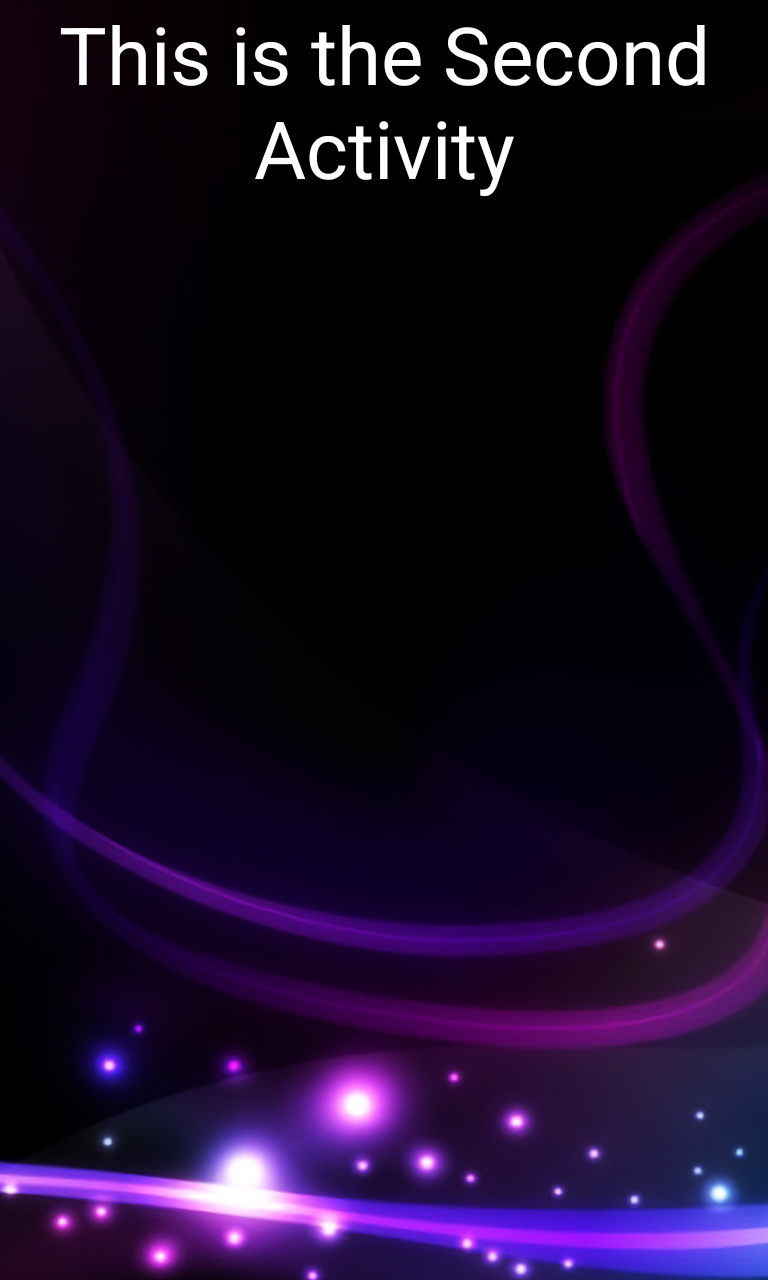
Repository: fsoDannis/workspace
Layout: findIt_3/res/layout/second.xml
The author's editor kept a copy of each file at every save. The layout is drawn from the files as they stood at one save, then again after the next save.
It is drawn on a 768 x 1280 px phone screen (xhdpi) without system bars, with theme AppTheme; the app's code is not run.

Above is the layout before, as saved 2013-02-01 03:23:42.

After the next save:
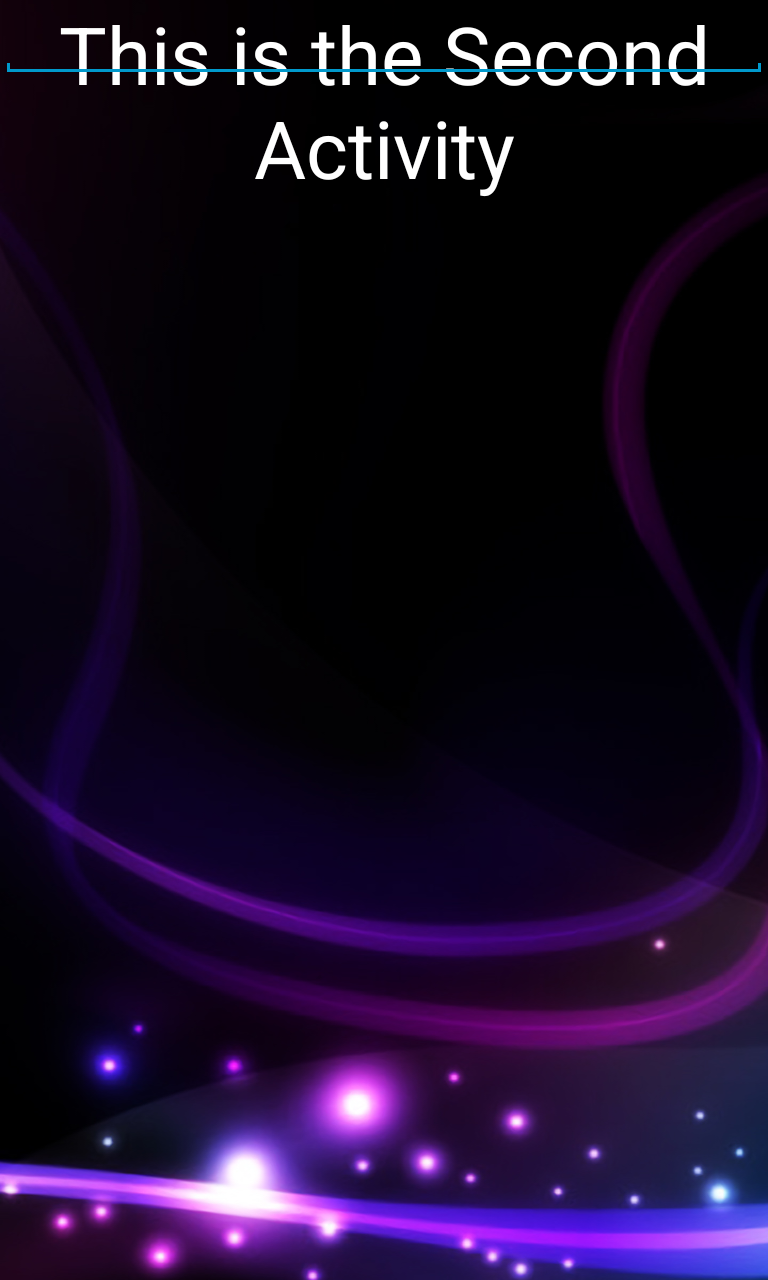
Saved 50 s later.
--- a/findIt_3/res/layout/second.xml
+++ b/findIt_3/res/layout/second.xml
@@ -1,5 +1,5 @@
 <?xml version="1.0" encoding="utf-8"?>
-<LinearLayout xmlns:android="http://schemas.android.com/apk/res/android"
+<RelativeLayout xmlns:android="http://schemas.android.com/apk/res/android"
     android:layout_width="match_parent"
     android:layout_height="match_parent"
     android:orientation="vertical"
@@ -14,4 +14,13 @@
         android:textSize="40sp"
         android:textColor="#FFFFFF"/>
 
-</LinearLayout>
+    <EditText
+        android:id="@+id/editText1"
+        android:layout_width="match_parent"
+        android:layout_height="wrap_content"
+        android:ems="10" >
+
+        <requestFocus />
+    </EditText>
+
+</RelativeLayout>
